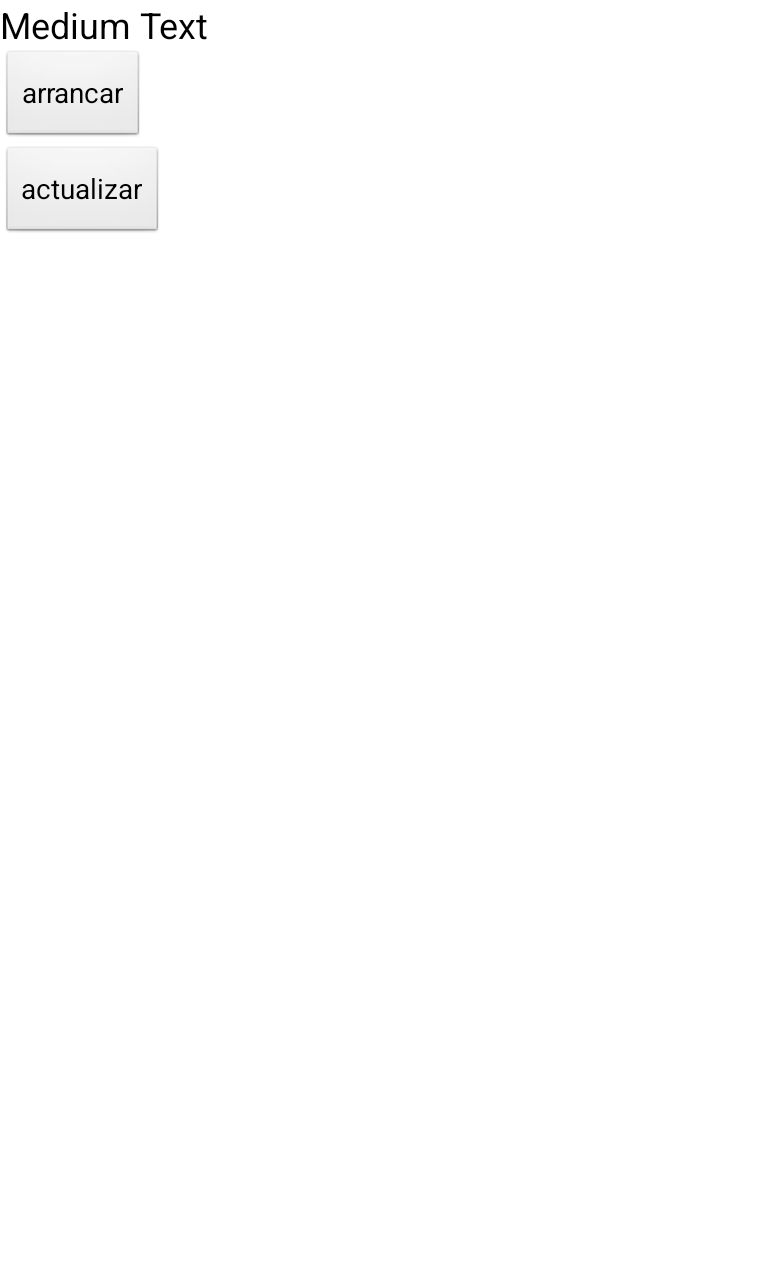
Repository: jonatansantos/Android-Server-Status
Layout: desarrollo/LocalizadorGPS/res/layout/main.xml
An editor plug-in stored every save of this project. The layout is shown before and after the next save, followed by the edit.
It is drawn on a 768 x 1280 px phone screen (xhdpi) without system bars, with theme android:Theme.Light.NoTitleBar; the app's code is not run.

Above is the layout before, as saved 2012-05-13 16:40:02.

### desarrollo/LocalizadorGPS/res/layout/main.xml
<?xml version="1.0" encoding="utf-8"?>
<LinearLayout xmlns:android="http://schemas.android.com/apk/res/android"
    android:layout_width="fill_parent"
    android:layout_height="fill_parent"
    android:orientation="vertical" >

    <TextView
        android:id="@+id/textView1"
        android:layout_width="wrap_content"
        android:layout_height="wrap_content"
        android:text="Medium Text"
        android:textAppearance="?android:attr/textAppearanceMedium" />

    <Button
        android:id="@+id/button1"
        android:layout_width="wrap_content"
        android:layout_height="wrap_content"
        android:text="arrancar" />

    <Button
        android:id="@+id/button2"
        android:layout_width="wrap_content"
        android:layout_height="wrap_content"
        android:text="actualizar" />

</LinearLayout>

After the next save:
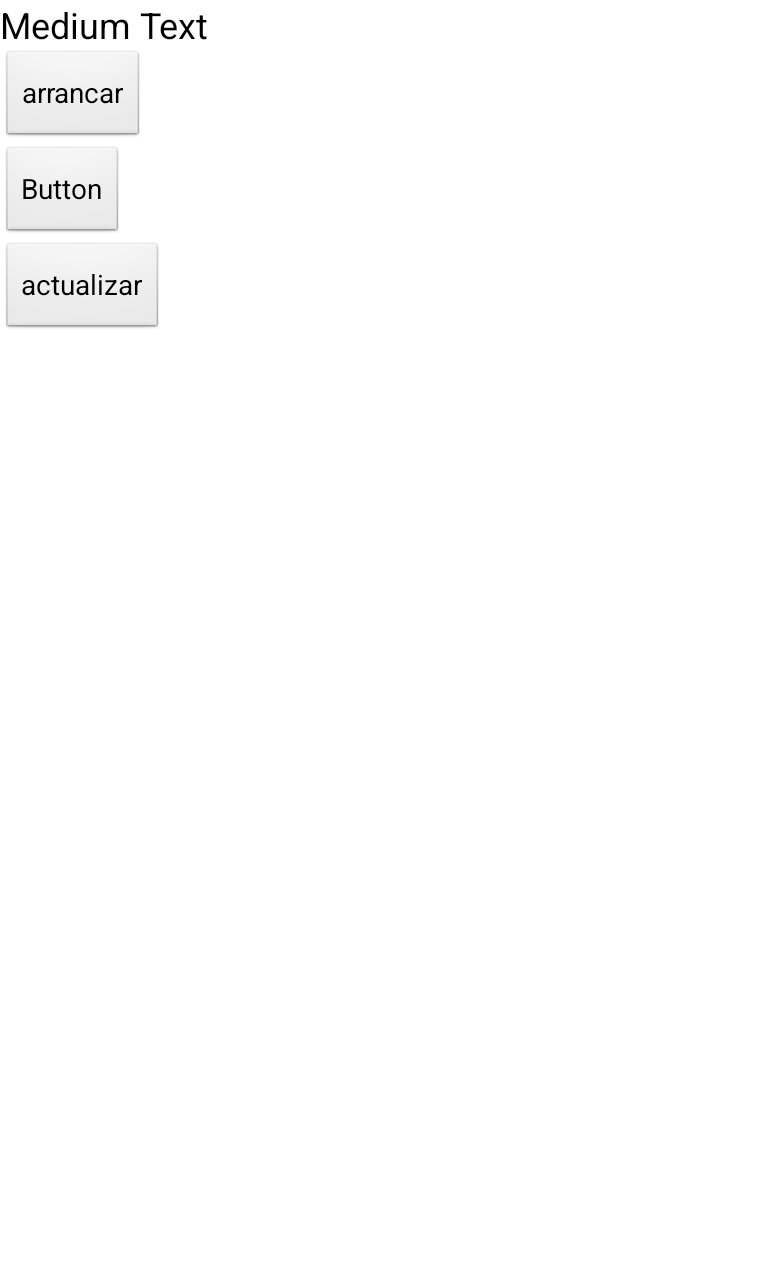
Saved 1 s later.
--- a/desarrollo/LocalizadorGPS/res/layout/main.xml
+++ b/desarrollo/LocalizadorGPS/res/layout/main.xml
@@ -18,6 +18,12 @@
         android:text="arrancar" />
 
     <Button
+        android:id="@+id/button3"
+        android:layout_width="wrap_content"
+        android:layout_height="wrap_content"
+        android:text="Button" />
+
+    <Button
         android:id="@+id/button2"
         android:layout_width="wrap_content"
         android:layout_height="wrap_content"
